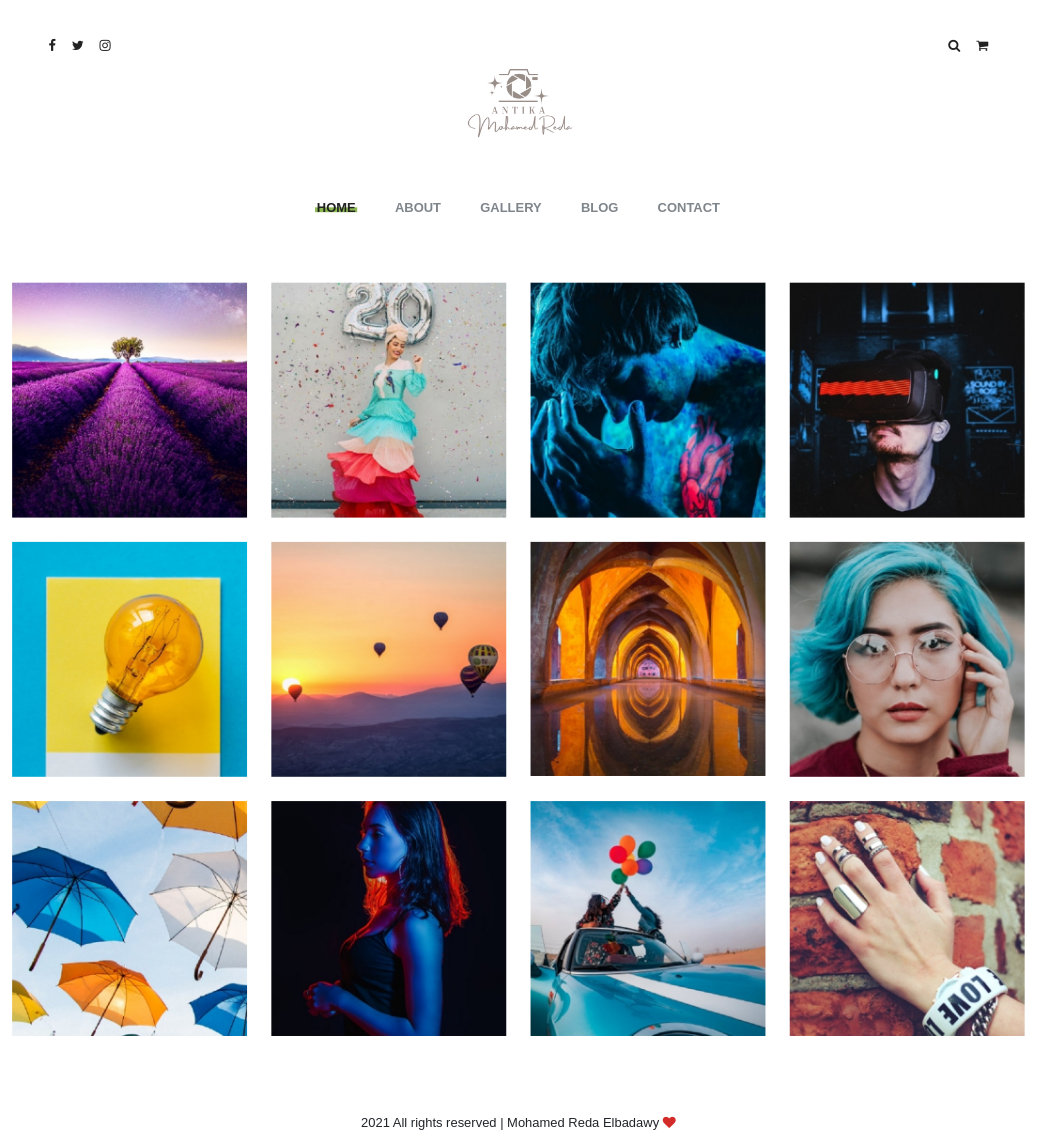
Repository: mohamedelbadawi/Simple-galley-using-laravel
Page: http://localhost/gallery
These files come from the project's save history. The page is drawn as it stood at one moment and after the next save; the edit follows.
The browser window is 1280 px wide. The pictures show the whole page, at 81% of full size.
The page is served by the project's Laravel application, run on PHP 8.4 with Laravel 8.

Above is the page before, as saved 2021-09-01 09:38:24.

After the next save:
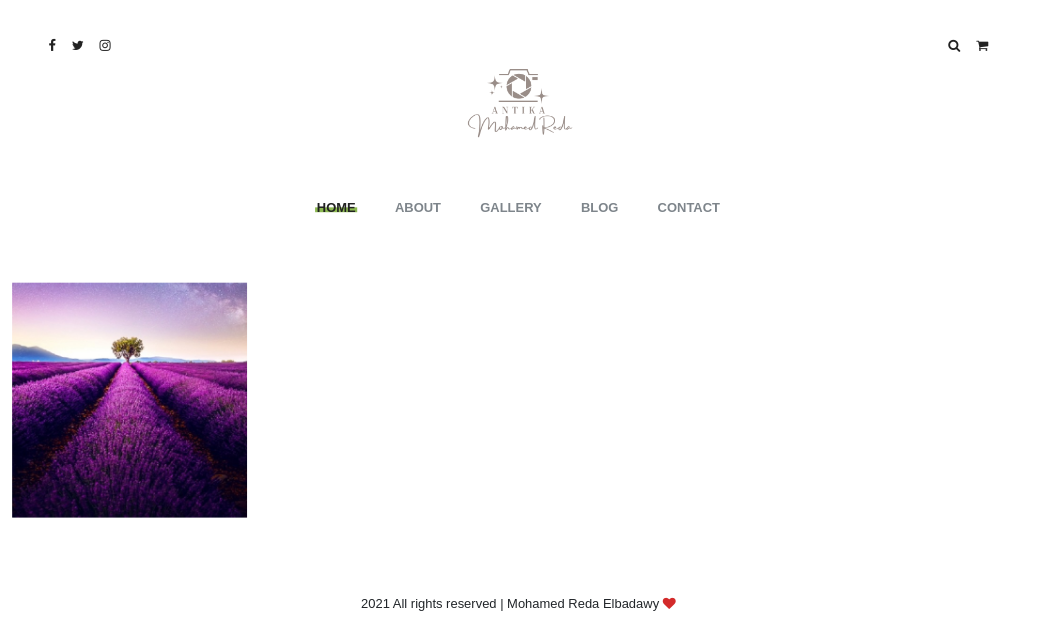
Saved 75 min 41 s later.
--- a/Gallery/resources/views/gallery/gallery.blade.php
+++ b/Gallery/resources/views/gallery/gallery.blade.php
@@ -5,66 +5,13 @@
     <div class="gallery__page">
         <div class="gallery__warp">
             <div class="row">
+
                 <div class="col-lg-3 col-md-4 col-sm-6">
-                    <a class="gallery__item fresco" href="img/gallery/1.jpg" data-fresco-group="gallery">
+                    <a class="gallery__item fresco" href="img/gallery/1.jpg">
                         <img src="img/gallery/1.jpg" alt="">
                     </a>
                 </div>
-                <div class="col-lg-3 col-md-4 col-sm-6">
-                    <a class="gallery__item fresco" href="img/gallery/2.jpg" data-fresco-group="gallery">
-                        <img src="img/gallery/2.jpg" alt="">
-                    </a>
-                </div>
-                <div class="col-lg-3 col-md-4 col-sm-6">
-                    <a class="gallery__item fresco" href="img/gallery/3.jpg" data-fresco-group="gallery">
-                        <img src="img/gallery/3.jpg" alt="">
-                    </a>
-                </div>
-                <div class="col-lg-3 col-md-4 col-sm-6">
-                    <a class="gallery__item fresco" href="img/gallery/4.jpg" data-fresco-group="gallery">
-                        <img src="img/gallery/4.jpg" alt="">
-                    </a>
-                </div>
-                <div class="col-lg-3 col-md-4 col-sm-6">
-                    <a class="gallery__item fresco" href="img/gallery/5.jpg" data-fresco-group="gallery">
-                        <img src="img/gallery/5.jpg" alt="">
-                    </a>
-                </div>
-                <div class="col-lg-3 col-md-4 col-sm-6">
-                    <a class="gallery__item fresco" href="img/gallery/6.jpg" data-fresco-group="gallery">
-                        <img src="img/gallery/6.jpg" alt="">
-                    </a>
-                </div>
-                <div class="col-lg-3 col-md-4 col-sm-6">
-                    <a class="gallery__item fresco" href="img/gallery/7.jpg" data-fresco-group="gallery">
-                        <img src="img/gallery/7.jpg" alt="">
-                    </a>
-                </div>
-                <div class="col-lg-3 col-md-4 col-sm-6">
-                    <a class="gallery__item fresco" href="img/gallery/8.jpg" data-fresco-group="gallery">
-                        <img src="img/gallery/8.jpg" alt="">
-                    </a>
-                </div>
-                <div class="col-lg-3 col-md-4 col-sm-6">
-                    <a class="gallery__item fresco" href="img/gallery/9.jpg" data-fresco-group="gallery">
-                        <img src="img/gallery/9.jpg" alt="">
-                    </a>
-                </div>
-                <div class="col-lg-3 col-md-4 col-sm-6">
-                    <a class="gallery__item fresco" href="img/gallery/10.jpg" data-fresco-group="gallery">
-                        <img src="img/gallery/10.jpg" alt="">
-                    </a>
-                </div>
-                <div class="col-lg-3 col-md-4 col-sm-6">
-                    <a class="gallery__item fresco" href="img/gallery/11.jpg" data-fresco-group="gallery">
-                        <img src="img/gallery/11.jpg" alt="">
-                    </a>
-                </div>
-                <div class="col-lg-3 col-md-4 col-sm-6">
-                    <a class="gallery__item fresco" href="img/gallery/12.jpg" data-fresco-group="gallery">
-                        <img src="img/gallery/12.jpg" alt="">
-                    </a>
-                </div>
+
             </div>
         </div>
     </div>
